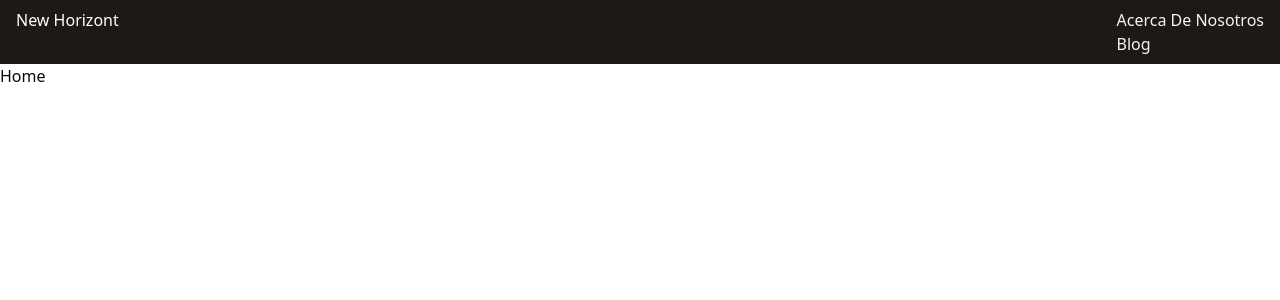
Repository: jefrydep/new-horizont-school
Page: /
The author's editor kept a copy of each file at every save. The page is drawn from the files as they stood at one save, then again after the next save.
The browser window is 1280 px wide. The pictures show the whole page.
The project was rebuilt for these pictures with package versions that can differ from the ones it lists, and the page was loaded fresh each time. The framework's server and built-in components were replaced by stand-ins that run in the browser. Also part of the build but not shown: next.config.ts.

Above is the page before, as saved 2024-11-07 18:08:50.

After the next save:
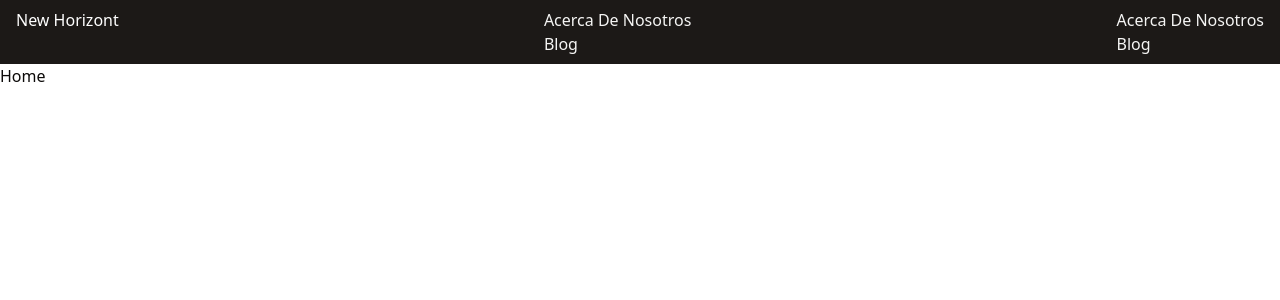
Saved 42 s later.
--- a/src/components/Navbar.tsx
+++ b/src/components/Navbar.tsx
@@ -1,4 +1,4 @@
-"use client"
+"use client";
 import { Menu } from "lucide-react";
 import Link from "next/link";
 
@@ -7,6 +7,14 @@ export default function Navbar() {
     <header className="bg-primary h-16">
       <div className="flex justify-between m-auto      container px-4 py-2  ">
         <div className="text-white">New Horizont</div>
+        <nav className="outline-none hidden sm:block list-none">
+          <li className="text-secondary">
+            <Link href={"/about"}>Acerca De Nosotros</Link>
+          </li>
+          <li className="text-secondary">
+            <Link href={"/blog"}>Blog</Link>
+          </li>
+        </nav>
         <nav className="outline-none hidden sm:block list-none">
           <li className="text-secondary">
             <Link href={"/about"}>Acerca De Nosotros</Link>
